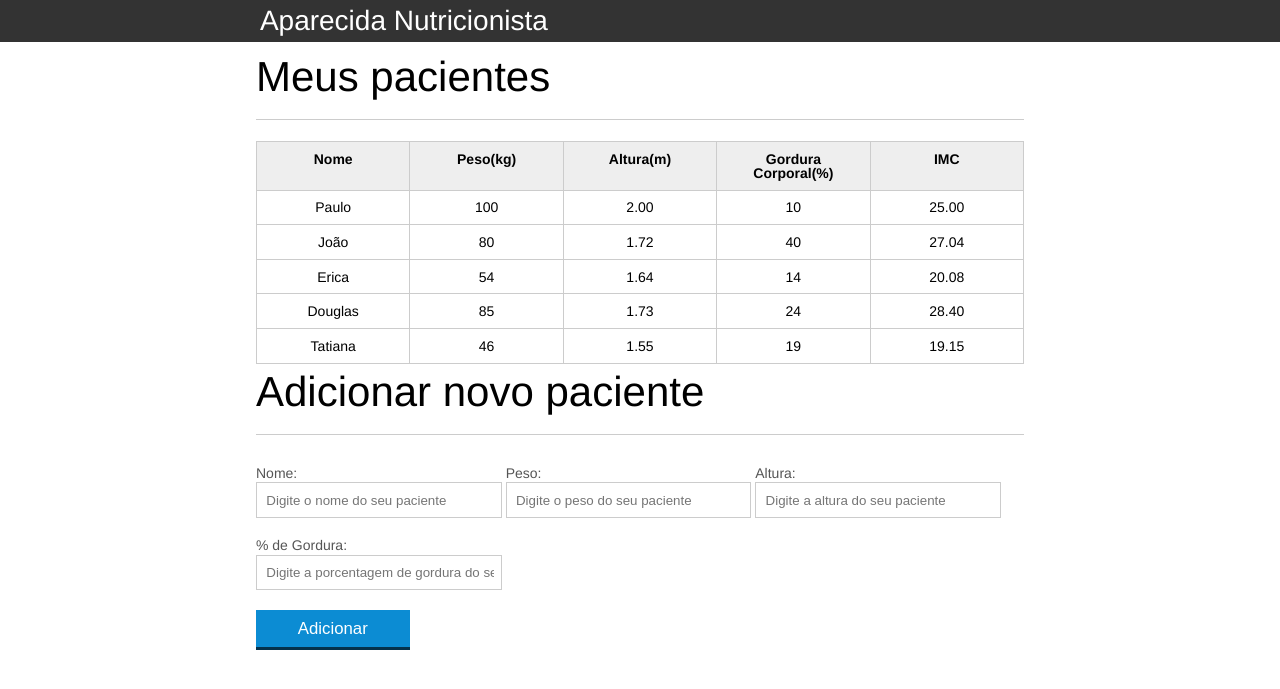
Repository: GabbLps/Controle-de-Clientes-Alura
Page: index.html
An editor plug-in stored every save of this project. The page is shown before and after the next save, followed by the edit.
The browser window is 1280 px wide. The pictures show the whole page.

Above is the page before, as saved 2022-05-10 17:14:31.

After the next save:
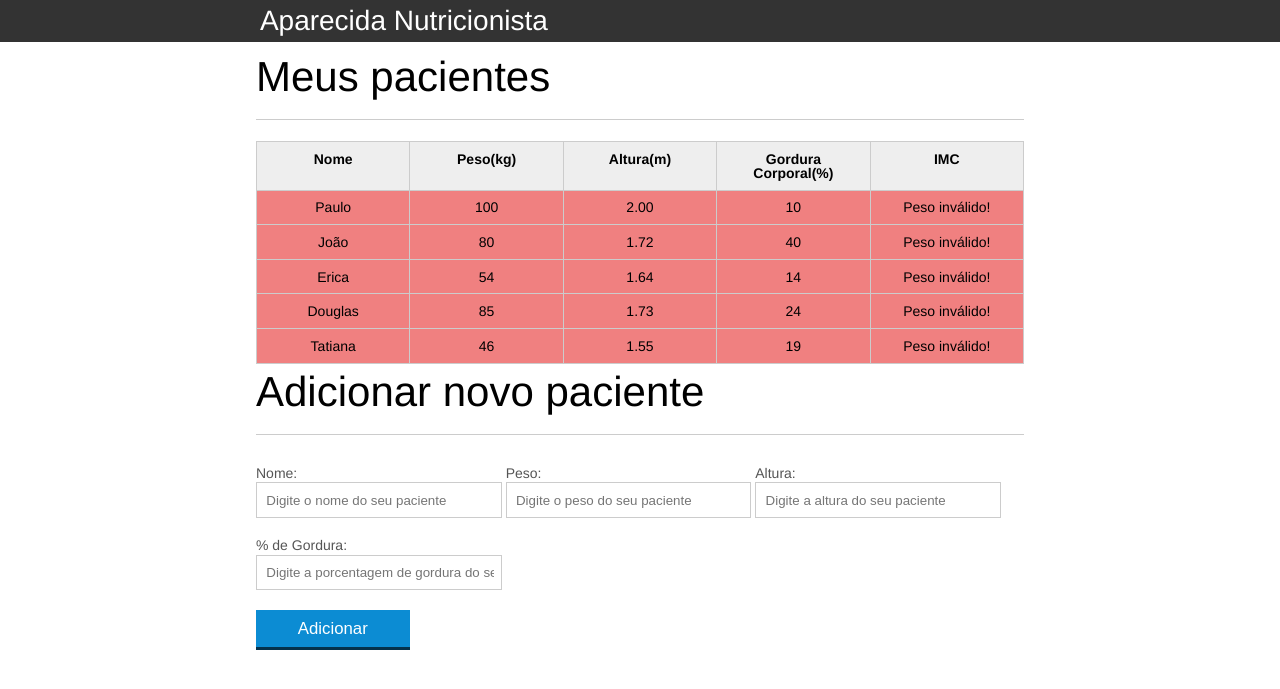
Saved 10 s later.
--- a/js/calcula-imc.js
+++ b/js/calcula-imc.js
@@ -18,7 +18,7 @@
     var pesoEhValido = validaPeso(peso); //true ou false
     var alturaEhValida = true;
 
-    if(peso <= 0 || peso >= 1000) {
+    if(!peso <= 0 || peso >= 1000) {
         console.log("Peso inválido!")
         pesoEhValido = false;
         tdImc.textContent = "Peso inválido!"

After the save that followed:
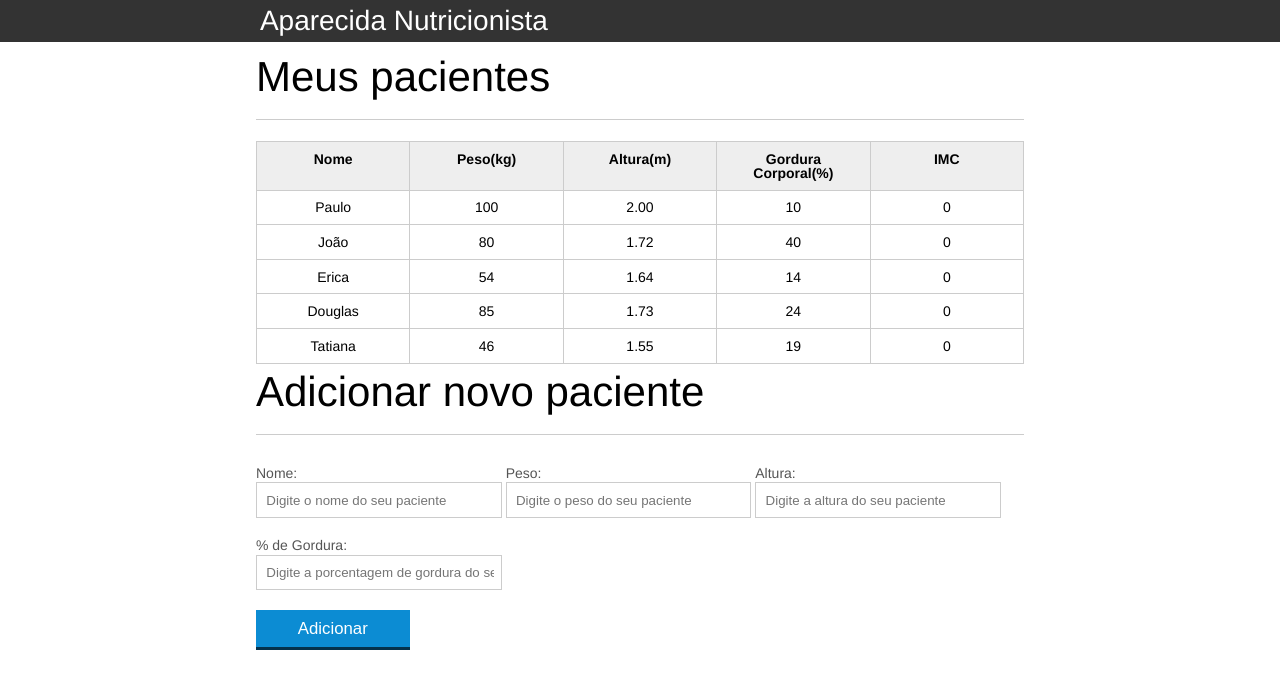
Saved 13 s later.
--- a/js/calcula-imc.js
+++ b/js/calcula-imc.js
@@ -18,7 +18,7 @@
     var pesoEhValido = validaPeso(peso); //true ou false
     var alturaEhValida = true;
 
-    if(!peso <= 0 || peso >= 1000) {
+    if(peso <= 0 || peso >= 1000) {
         console.log("Peso inválido!")
         pesoEhValido = false;
         tdImc.textContent = "Peso inválido!"
@@ -32,7 +32,7 @@
         paciente.classList.add("paciente-invalido");
     }
 
-    if(pesoEhValido && alturaEhValida) {
+    if(!pesoEhValido && alturaEhValida) {
         var imc = calculaImc(peso,altura);
         tdImc.textContent = imc;
     }
